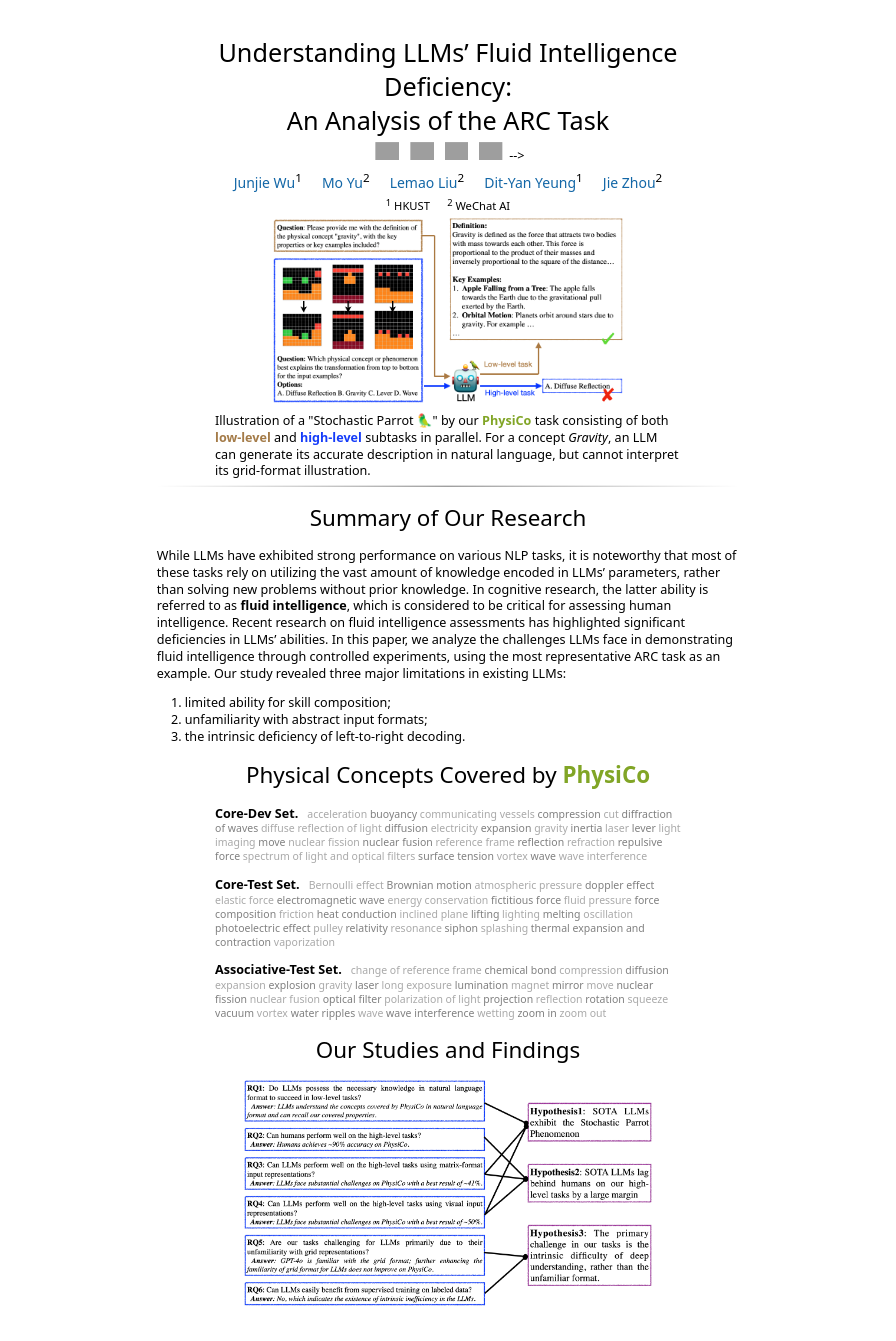
Repository: wujunjie1998/araoc-benchmark.github.io
Page: index.html
These files come from the project's save history. The page is drawn as it stood at one moment and after the next save; the edit follows.
The browser window is 1280 px wide. The pictures show the whole page, at 70% of full size.
Pictures or frames that could not be fetched are drawn as grey boxes.

Above is the page before, as saved 2025-02-07 21:17:52.

### index.html
<html>
  <head>
    <title>
      Understanding LLMs’ Fluid Intelligence Deficiency: An Analysis of the ARC Task
    </title>
    <link
      rel="icon"
      href="data:[embedded picture, 137 characters]"
    />
    <meta charset="UTF-8" />
    <meta name="viewport" content="width=device-width, initial-scale=1" />
    <link rel="stylesheet" href="./css/index.css" />
  </head>

  <body>
    <div class="header">
      <div class="paper-title">
        Understanding LLMs’ Fluid Intelligence Deficiency:
        <br />
        An Analysis of the ARC Task
      </div>
      <div>
        <!-- * Paper -->
        <span class="link-block">
          <a target="_blank" href="./paper.pdf"
            ><img
              class="badge"
              src="https://img.shields.io/badge/Paper-PDF-red?&labelColor=lightgray&logo=arxiv&logoColor=brown" /><img
          /></a>
        </span>
        <!-- * Dataset -->
        <!--
        <span class="link-block">
          <a
            target="_blank"
            href="https://huggingface.co/datasets/ShunchiZhang/PhysiCo/"
            ><img
              class="badge"
              src="https://img.shields.io/badge/HuggingFace-Dataset-yellow?labelColor=lightgray&logo=huggingface" /><img
          /></a>
        </span>
        -->

        <!-- * Code -->
        <span class="link-block">
          <a target="_blank" href="https://github.com/physico-benchmark/physico"
            ><img
              class="badge"
              src="https://img.shields.io/badge/GitHub-Code-gray?labelColor=lightgray&logo=github&logoColor=gray" /><img /></a
        ></span>
        <!--
        <!-- * Leaderboard -->
        <span class="link-block">
          <a href="./leaderboard.html"
            ><img
              class="badge"
              src="https://img.shields.io/badge/Leaderboard-Visit-blue?labelColor=lightgray&logo=stackblitz&logoColor=367BAF" /><img /></a
        ></span>
        <!-- * X Threads -->
        <span class="link-block">
          <a href="https://x.com/jieeijjie/status/1876713099752861782"
            ><img
              class="badge"
              src="https://img.shields.io/badge/Threads-black?labelColor=lightgray&logo=x&logoColor=gray" /><img /></a
        ></span>
        -->

      </div>
      <div>
        <div class="author-list">
          <span class="author-block"
            ><a href="https://wujunjie1998.github.io/">Junjie Wu</a
            ><sup>1</sup></span
          >
          <span class="author-block"
            ><a href="https://sites.google.com/site/moyunlp/">Mo Yu</a
            ><sup>2</sup></span
          >
          <span class="author-block"
            ><a href="https://lemaoliu.github.io/homepage/">Lemao Liu</a
            ><sup>2</sup></span
          >
          <span class="author-block"
            ><a href="https://sites.google.com/view/dyyeung">Dit-Yan Yeung</a
            ><sup>1</sup></span
          >
          <span class="author-block"
            ><a href="https://openreview.net/profile?id=~Jie_Zhou8">Jie Zhou</a
            ><sup>2</sup></span
          >
        </div>
        <div class="inst-list">
          <span class="institution-block"><sup>1</sup> HKUST</span>
          <span class="institution-block"><sup>2</sup> WeChat AI</span>
        </div>
      </div>
    </div>

    <div class="teaser">
      <center>
        <img src="./img/teaser.png" />
        <figcaption>
          Illustration of a "Stochastic Parrot 🦜" by our
          <span class="dataset-name">PhysiCo</span> task consisting of both
          <b style="color: #a47b48">low-level</b> and
          <b style="color: #153cf9">high-level</b> subtasks in parallel. For a
          concept <i>Gravity</i>, an LLM can generate its accurate description
          in natural language, but cannot interpret its grid-format
          illustration.
        </figcaption>
      </center>
    </div>

    <hr />

    <!-- ^ Summary of Our Research -->
    <center><h1>Summary of Our Research</h1></center>
    <div class="content">
      <!-- <p style="font-size: large; text-align: center">
        <b>TL;DR:</b>
      </p> -->
      <p>
        While LLMs have exhibited strong performance on various NLP tasks, it is noteworthy that most of these tasks rely on utilizing the vast amount of knowledge encoded in LLMs’ parameters, rather than solving new problems without prior knowledge. In cognitive research, the latter ability is referred to as <strong>fluid intelligence</strong>, which is considered to be critical for assessing human intelligence. Recent research on fluid intelligence assessments has highlighted significant deficiencies in LLMs’ abilities. In this paper, we analyze the challenges LLMs face in demonstrating fluid intelligence through controlled experiments, using the most representative ARC task as an example. Our study revealed three major limitations in existing LLMs:
      </p>
      <ol>
        <li>limited ability for skill composition;</li>
        <li>
          unfamiliarity with abstract input formats;
        </li>
        <li>
          the intrinsic deficiency of left-to-right decoding.
        </li>
      </ol>
    </div>

    <!-- ^ Physical Concepts Covered by `PhysiCo` -->
    <center>
      <h1>
        Physical Concepts Covered by <span class="dataset-name">PhysiCo</span>
      </h1>
    </center>
    <div class="content narrower">
      <p>
        <strong>Core-Dev Set.</strong>&ensp;<span style="font-size: smaller">
          <span style="color: darkgray">acceleration</span>
          <span style="color: gray">buoyancy</span>
          <span style="color: darkgray">communicating vessels</span>
          <span style="color: gray">compression</span>
          <span style="color: darkgray">cut</span>
          <span style="color: gray">diffraction of waves</span>
          <span style="color: darkgray">diffuse reflection of light</span>
          <span style="color: gray">diffusion</span>
          <span style="color: darkgray">electricity</span>
          <span style="color: gray">expansion</span>
          <span style="color: darkgray">gravity</span>
          <span style="color: gray">inertia</span>
          <span style="color: darkgray">laser</span>
          <span style="color: gray">lever</span>
          <span style="color: darkgray">light imaging</span>
          <span style="color: gray">move</span>
          <span style="color: darkgray">nuclear fission</span>
          <span style="color: gray">nuclear fusion</span>
          <span style="color: darkgray">reference frame</span>
          <span style="color: gray">reflection</span>
          <span style="color: darkgray">refraction</span>
          <span style="color: gray">repulsive force</span>
          <span style="color: darkgray"
            >spectrum of light and optical filters</span
          >
          <span style="color: gray">surface tension</span>
          <span style="color: darkgray">vortex</span>
          <span style="color: gray">wave</span>
          <span style="color: darkgray">wave interference</span></span
        >
      </p>
      <p>
        <strong>Core-Test Set.</strong>&ensp;<span style="font-size: smaller">
          <span style="color: darkgray">Bernoulli effect</span>
          <span style="color: gray">Brownian motion</span>
          <span style="color: darkgray">atmospheric pressure</span>
          <span style="color: gray">doppler effect</span>
          <span style="color: darkgray">elastic force</span>
          <span style="color: gray">electromagnetic wave</span>
          <span style="color: darkgray">energy conservation</span>
          <span style="color: gray">fictitious force</span>
          <span style="color: darkgray">fluid pressure</span>
          <span style="color: gray">force composition</span>
          <span style="color: darkgray">friction</span>
          <span style="color: gray">heat conduction</span>
          <span style="color: darkgray">inclined plane</span>
          <span style="color: gray">lifting</span>
          <span style="color: darkgray">lighting</span>
          <span style="color: gray">melting</span>
          <span style="color: darkgray">oscillation</span>
          <span style="color: gray">photoelectric effect</span>
          <span style="color: darkgray">pulley</span>
          <span style="color: gray">relativity</span>
          <span style="color: darkgray">resonance</span>
          <span style="color: gray">siphon</span>
          <span style="color: darkgray">splashing</span>
          <span style="color: gray">thermal expansion and contraction</span>
          <span style="color: darkgray">vaporization</span></span
        >
      </p>
      <p>
        <strong>Associative-Test Set.</strong>&ensp;<span
          style="font-size: smaller"
        >
          <span style="color: darkgray">change of reference frame</span>
          <span style="color: gray">chemical bond</span>
          <span style="color: darkgray">compression</span>
          <span style="color: gray">diffusion</span>
          <span style="color: darkgray">expansion</span>
          <span style="color: gray">explosion</span>
          <span style="color: darkgray">gravity</span>
          <span style="color: gray">laser</span>
          <span style="color: darkgray">long exposure</span>
          <span style="color: gray">lumination</span>
          <span style="color: darkgray">magnet</span>
          <span style="color: gray">mirror</span>
          <span style="color: darkgray">move</span>
          <span style="color: gray">nuclear fission</span>
          <span style="color: darkgray">nuclear fusion</span>
          <span style="color: gray">optical filter</span>
          <span style="color: darkgray">polarization of light</span>
          <span style="color: gray">projection</span>
          <span style="color: darkgray">reflection</span>
          <span style="color: gray">rotation</span>
          <span style="color: darkgray">squeeze</span>
          <span style="color: gray">vacuum</span>
          <span style="color: darkgray">vortex</span>
          <span style="color: gray">water ripples</span>
          <span style="color: darkgray">wave</span>
          <span style="color: gray">wave interference</span>
          <span style="color: darkgray">wetting</span>
          <span style="color: gray">zoom in</span>
          <span style="color: darkgray">zoom out</span></span
        >
      </p>
    </div>

    <!-- ^ Our Studies and Findings -->
    <center><h1>Our Studies and Findings</h1></center>
    <div class="content">
      <!-- <p>Foo Bar</p> -->
      <center>
        <img src="./img/rq.png" width="70%" />
        <!-- <figcaption style="text-align: center">
          6 Research Questions (RQs) and 3 Hypotheses
        </figcaption> -->
      </center>
    </div>
  </body>
</html>

### css/index.css
@import url("https://fonts.googleapis.com/css2?family=Noto+Sans:ital,wght@0,100..900;1,100..900&display=swap");

body {
  font-family: "Noto Sans", sans-serif;
  font-optical-sizing: auto;
  font-style: normal;
  font-variation-settings: "wdth" 100;
  font-weight: 400;
  font-size: 18px;
  margin: 50px auto;
  width: 65%;
}

div.header,
div.teaser,
div.content {
  margin-left: auto;
  margin-right: auto;
}

div.narrower {
  width: 80% !important;
}

div.header div {
  margin: 6px;
  text-align: center;
}

div.teaser img {
  max-width: 60%;
}

.paper-title {
  font-size: 36px;
}

.author-block {
  font-size: 20px;
  margin: 0px 12px;
}

.institution-block {
  font-size: 16px;
  margin: 0px 10px;
}

.note-block {
  color: gray;
  font-size: 16px;
}

.link-block {
  font-size: 24px;
  font-weight: bold;
  margin: 0px 5px;
}

.badge {
  width: auto;
  height: 2vw;
}

.dataset-name {
  font-weight: bold;
  color: #81a526;
}

h1 {
  font-size: 32px;
  font-weight: 300;
}

.disclaimerbox {
  background-color: #eee;
  border: 1px solid #eeeeee;
  border-radius: 10px;
  -moz-border-radius: 10px;
  -webkit-border-radius: 10px;
  padding: 20px;
}

video.header-vid {
  height: 140px;
  border: 1px solid black;
  border-radius: 10px;
  -moz-border-radius: 10px;
  -webkit-border-radius: 10px;
}

figcaption {
  margin: 10px 0px;
  width: 80%;
  text-align: left;
}

img.header-img {
  height: 140px;
  border: 1px solid black;
  border-radius: 10px;
  -moz-border-radius: 10px;
  -webkit-border-radius: 10px;
}

img.rounded {
  border: 1px solid #eeeeee;
  border-radius: 10px;
  -moz-border-radius: 10px;
  -webkit-border-radius: 10px;
}

a:link,
a:visited {
  color: #1367a7;
  text-decoration: none;
}
a:hover {
  color: #208799;
}

td.dl-link {
  height: 160px;
  text-align: center;
  font-size: 22px;
}

.vert-cent {
  position: relative;
  top: 50%;
  transform: translateY(-50%);
}

hr {
  border: 0;
  height: 1px;
  background-image: linear-gradient(
    to right,
    rgba(0, 0, 0, 0),
    rgba(0, 0, 0, 0.75),
    rgba(0, 0, 0, 0)
  );
}

.citation {
  text-align: left;
  font-family: monospace;
  font-size: 8pt;
  text-wrap: auto;
}

@media screen and (max-width: 1120px) {
  body {
    font-size: 16px;
    width: 90%;
  }
  div.teaser img {
    max-width: 100%;
  }
  .paper-title {
    font-size: 26px;
  }
  .author-block,
  .institution-block,
  .note-block {
    font-size: 14px;
  }
  .link-block {
    font-size: 20px;
  }
  .badge {
    width: auto;
    height: 28px;
    margin-top: 3px;
    margin-bottom: 3px;
  }
  h1 {
    font-size: 26px;
  }
}

After the next save:
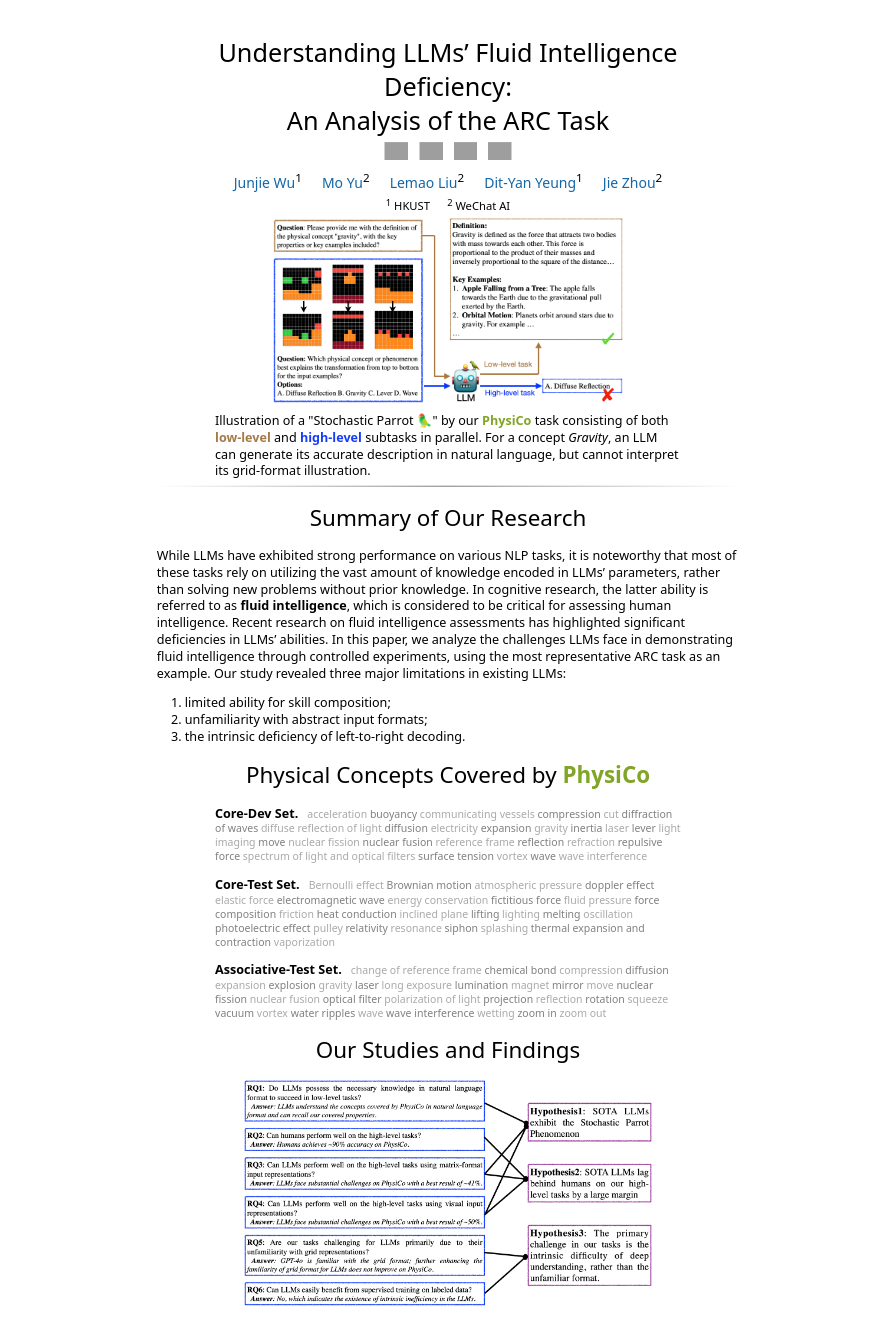
Saved 16 s later.
--- a/index.html
+++ b/index.html
@@ -48,7 +48,7 @@
               class="badge"
               src="https://img.shields.io/badge/GitHub-Code-gray?labelColor=lightgray&logo=github&logoColor=gray" /><img /></a
         ></span>
-        <!--
+
         <!-- * Leaderboard -->
         <span class="link-block">
           <a href="./leaderboard.html"
@@ -63,7 +63,7 @@
               class="badge"
               src="https://img.shields.io/badge/Threads-black?labelColor=lightgray&logo=x&logoColor=gray" /><img /></a
         ></span>
-        -->
+
 
       </div>
       <div>
